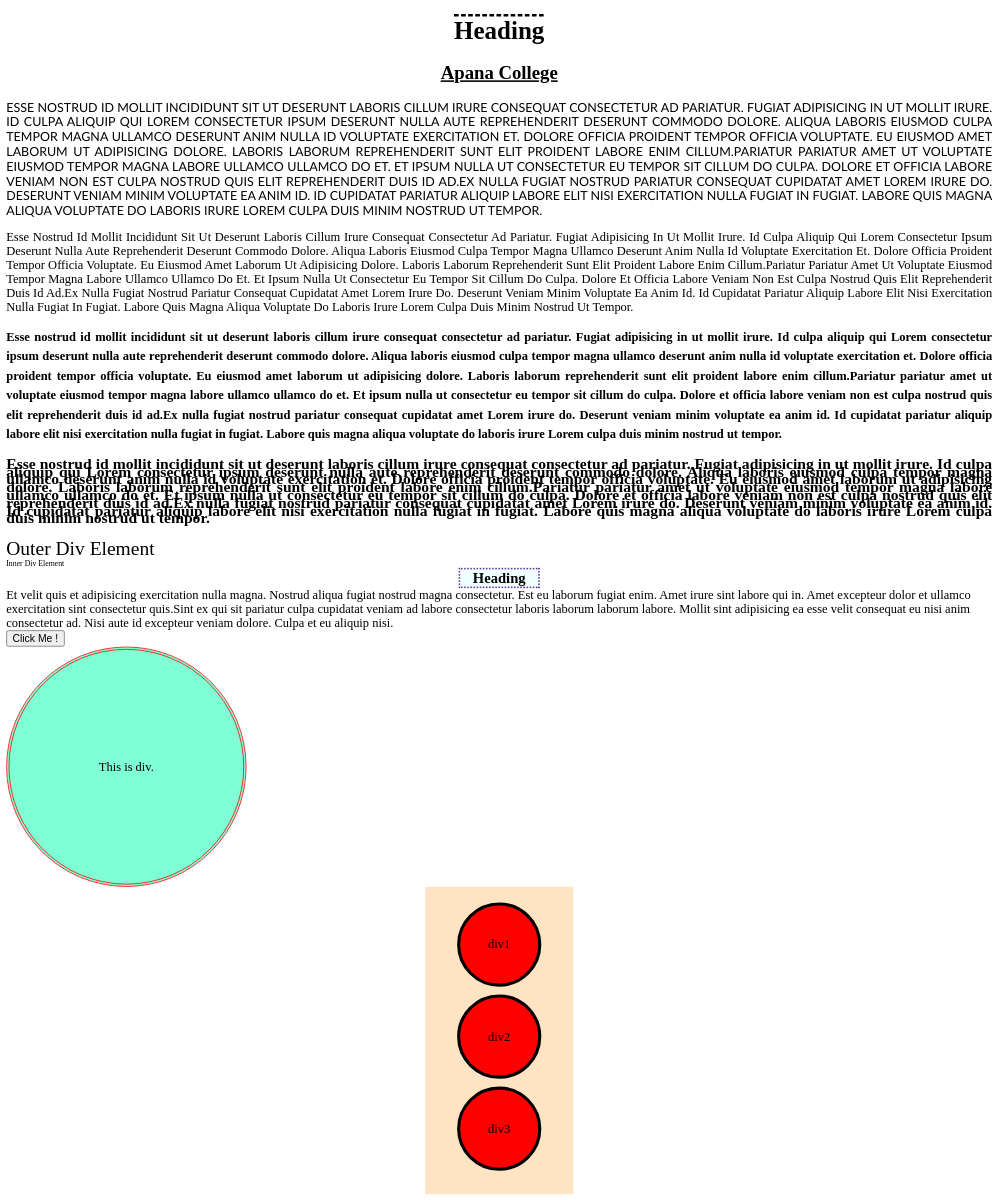
Repository: rakeshkolpepatil/CSS_Apana_College
Page: index.html
An editor plug-in stored every save of this project. The page is shown before and after the next save, followed by the edit.
The browser window is 1280 px wide. The pictures show the whole page, at 78% of full size.

Above is the page before, as saved 2023-06-22 21:44:07.

### index.html
<!DOCTYPE html>
<html lang="en">
<head>
  <meta charset="UTF-8">
  <meta name="viewport" content="width=device-width, initial-scale=1.0">
  <title>Document</title>
  <link rel="stylesheet" href="styleTwo.css">
</head>
<body>
  <h1> Heading </h1>
  <h2> Apana College </h2>
  <p id="pOne">Esse nostrud id mollit incididunt sit ut deserunt laboris cillum irure consequat consectetur ad pariatur. Fugiat adipisicing in ut mollit irure. Id culpa aliquip qui Lorem consectetur ipsum deserunt nulla aute reprehenderit deserunt commodo dolore. Aliqua laboris eiusmod culpa tempor magna ullamco deserunt anim nulla id voluptate exercitation et. Dolore officia proident tempor officia voluptate. Eu eiusmod amet laborum ut adipisicing dolore. Laboris laborum reprehenderit sunt elit proident labore enim cillum.Pariatur pariatur amet ut voluptate eiusmod tempor magna labore ullamco ullamco do et. Et ipsum nulla ut consectetur eu tempor sit cillum do culpa. Dolore et officia labore veniam non est culpa nostrud quis elit reprehenderit duis id ad.Ex nulla fugiat nostrud pariatur consequat cupidatat amet Lorem irure do. Deserunt veniam minim voluptate ea anim id. Id cupidatat pariatur aliquip labore elit nisi exercitation nulla fugiat in fugiat. Labore quis magna aliqua voluptate do laboris irure Lorem culpa duis minim nostrud ut tempor.
  </p>
  <p id="pTwo">Esse nostrud id mollit incididunt sit ut deserunt laboris cillum irure consequat consectetur ad pariatur. Fugiat adipisicing in ut mollit irure. Id culpa aliquip qui Lorem consectetur ipsum deserunt nulla aute reprehenderit deserunt commodo dolore. Aliqua laboris eiusmod culpa tempor magna ullamco deserunt anim nulla id voluptate exercitation et. Dolore officia proident tempor officia voluptate. Eu eiusmod amet laborum ut adipisicing dolore. Laboris laborum reprehenderit sunt elit proident labore enim cillum.Pariatur pariatur amet ut voluptate eiusmod tempor magna labore ullamco ullamco do et. Et ipsum nulla ut consectetur eu tempor sit cillum do culpa. Dolore et officia labore veniam non est culpa nostrud quis elit reprehenderit duis id ad.Ex nulla fugiat nostrud pariatur consequat cupidatat amet Lorem irure do. Deserunt veniam minim voluptate ea anim id. Id cupidatat pariatur aliquip labore elit nisi exercitation nulla fugiat in fugiat. Labore quis magna aliqua voluptate do laboris irure Lorem culpa duis minim nostrud ut tempor.
  </p>
  <p id="pThree">Esse nostrud id mollit incididunt sit ut deserunt laboris cillum irure consequat consectetur ad pariatur. Fugiat adipisicing in ut mollit irure. Id culpa aliquip qui Lorem consectetur ipsum deserunt nulla aute reprehenderit deserunt commodo dolore. Aliqua laboris eiusmod culpa tempor magna ullamco deserunt anim nulla id voluptate exercitation et. Dolore officia proident tempor officia voluptate. Eu eiusmod amet laborum ut adipisicing dolore. Laboris laborum reprehenderit sunt elit proident labore enim cillum.Pariatur pariatur amet ut voluptate eiusmod tempor magna labore ullamco ullamco do et. Et ipsum nulla ut consectetur eu tempor sit cillum do culpa. Dolore et officia labore veniam non est culpa nostrud quis elit reprehenderit duis id ad.Ex nulla fugiat nostrud pariatur consequat cupidatat amet Lorem irure do. Deserunt veniam minim voluptate ea anim id. Id cupidatat pariatur aliquip labore elit nisi exercitation nulla fugiat in fugiat. Labore quis magna aliqua voluptate do laboris irure Lorem culpa duis minim nostrud ut tempor.
  </p>
  <p id="pFour">Esse nostrud id mollit incididunt sit ut deserunt laboris cillum irure consequat consectetur ad pariatur. Fugiat adipisicing in ut mollit irure. Id culpa aliquip qui Lorem consectetur ipsum deserunt nulla aute reprehenderit deserunt commodo dolore. Aliqua laboris eiusmod culpa tempor magna ullamco deserunt anim nulla id voluptate exercitation et. Dolore officia proident tempor officia voluptate. Eu eiusmod amet laborum ut adipisicing dolore. Laboris laborum reprehenderit sunt elit proident labore enim cillum.Pariatur pariatur amet ut voluptate eiusmod tempor magna labore ullamco ullamco do et. Et ipsum nulla ut consectetur eu tempor sit cillum do culpa. Dolore et officia labore veniam non est culpa nostrud quis elit reprehenderit duis id ad.Ex nulla fugiat nostrud pariatur consequat cupidatat amet Lorem irure do. Deserunt veniam minim voluptate ea anim id. Id cupidatat pariatur aliquip labore elit nisi exercitation nulla fugiat in fugiat. Labore quis magna aliqua voluptate do laboris irure Lorem culpa duis minim nostrud ut tempor.
  </p>

  <div id="outer">
    Outer Div Element
    <div id="inner">
      Inner Div Element
    </div>
  </div>

  <h3> Heading </h3>
  <div>
    Et velit quis et adipisicing exercitation nulla magna. Nostrud aliqua fugiat nostrud magna consectetur. Est eu laborum fugiat enim. Amet irure sint labore qui in. Amet excepteur dolor et ullamco exercitation sint consectetur quis.Sint ex qui sit pariatur culpa cupidatat veniam ad labore consectetur laboris laborum laborum labore. Mollit sint adipisicing ea esse velit consequat eu nisi anim consectetur ad. Nisi aute id excepteur veniam dolore. Culpa et eu aliquip nisi.
  </div>
  <button> Click Me ! </button>
  <div id="div4"> This is div. </div>

  <div style="background-color: bisque; width: 150px; margin: auto; padding: 20px;">
    <div class="div5"> div1 </div>
    <div class="div5"> div2 </div>
    <div class="div5"> div3 </div>
  </div>
</body>
</html>

### styleTwo.css
h1{
  text-align: center;
  text-decoration:  dotted underline  ;
  text-decoration:  dashed overline  ;
}

h2{
  text-align: center;
  text-transform: capitalize;
  text-decoration: underline;
}

#pOne{
  text-align: justify;
  text-transform: uppercase;
  font-weight: 100;
  font-family: 'Gill Sans', 'Gill Sans MT', Calibri, 'Trebuchet MS', sans-serif;
}

#pTwo{
  text-transform: capitalize;
  text-align: justify;
  font-weight: 300;
}

#pThree{
  text-align: justify;
  line-height: 25px;
  font-weight: 600;
}

#pFour{
  text-align: justify;
  font-size: 20px;
  line-height: 10px;
  font-weight: 900;
}

#outer{
  font-size: 25px;
}

#inner{
  font-size: 10px;
}

#div4{
  height: 300px;
  width: 300px;
  background-color:aquamarine;

  /* border-width: 4px;
  border-color: black;
  border-style: dotted; */


  display: flex;
  text-align: center;
  justify-content: center;
  align-items: center;

  /* border: 4px solid red; */
  border: 4px double red;
  /* border-radius: 10px; */
  border-radius: 50% ;
}

h3{
  display: flex;
  justify-content: center;
  align-items:center;
  margin-left: 50%;
  /* text-align: center; */
  border: 2px dotted rebeccapurple;
  width: 100px;
  margin: auto;
  background-color:azure;
}

.div5{
  width: 100px;
  height: 100px;
  background-color:red;
  margin: auto;
  margin-bottom: 10px;
  display: flex;
  justify-content: center;
  align-items:center;
  border: 4px solid black;
  border-radius: 50%
}

After the next save:
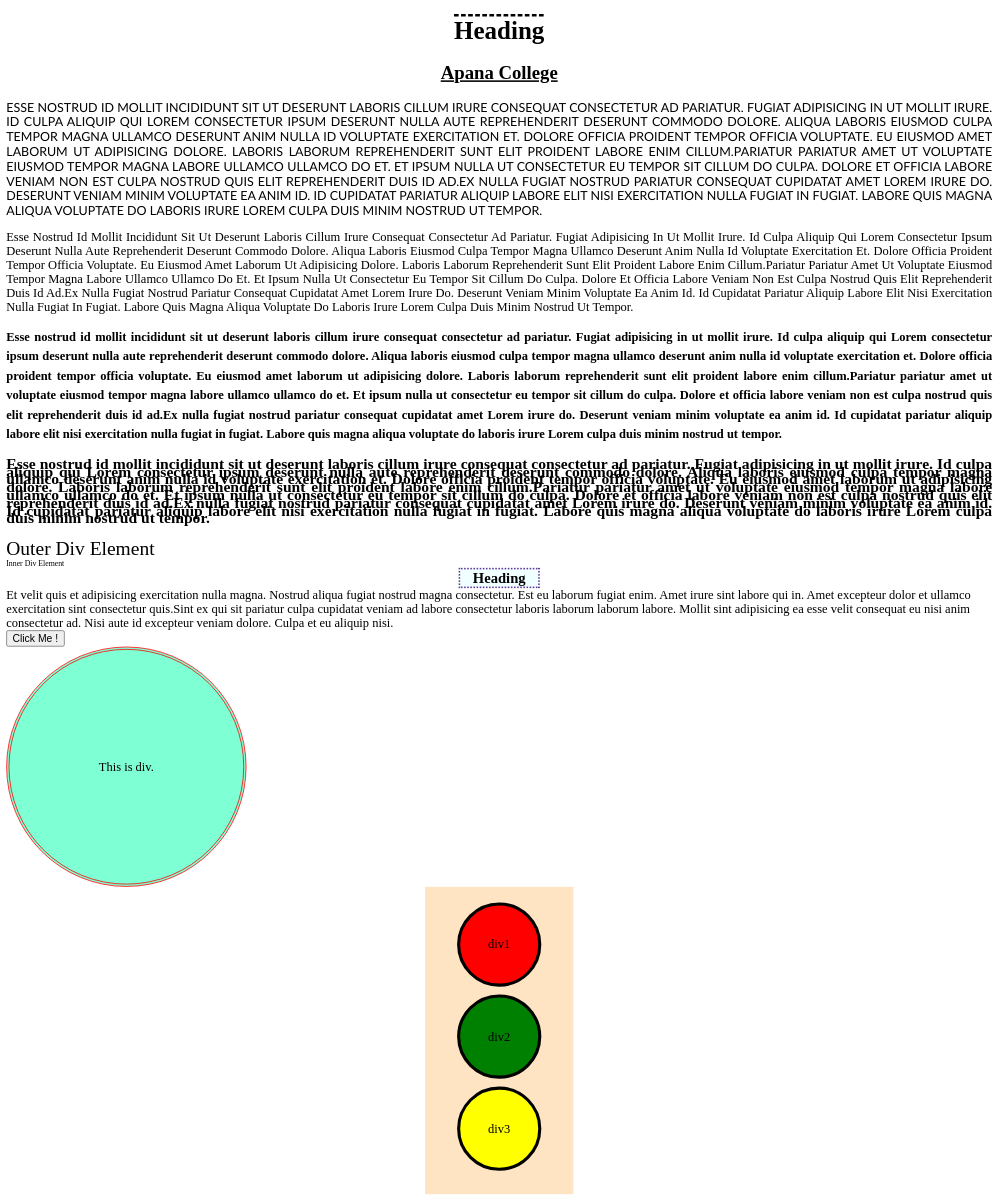
Saved 26 s later.
--- a/index.html
+++ b/index.html
@@ -34,8 +34,8 @@
 
   <div style="background-color: bisque; width: 150px; margin: auto; padding: 20px;">
     <div class="div5"> div1 </div>
-    <div class="div5"> div2 </div>
-    <div class="div5"> div3 </div>
+    <div class="div5" style="background-color: green;"> div2 </div>
+    <div class="div5" style="background-color: yellow;"> div3 </div>
   </div>
 </body>
 </html>
